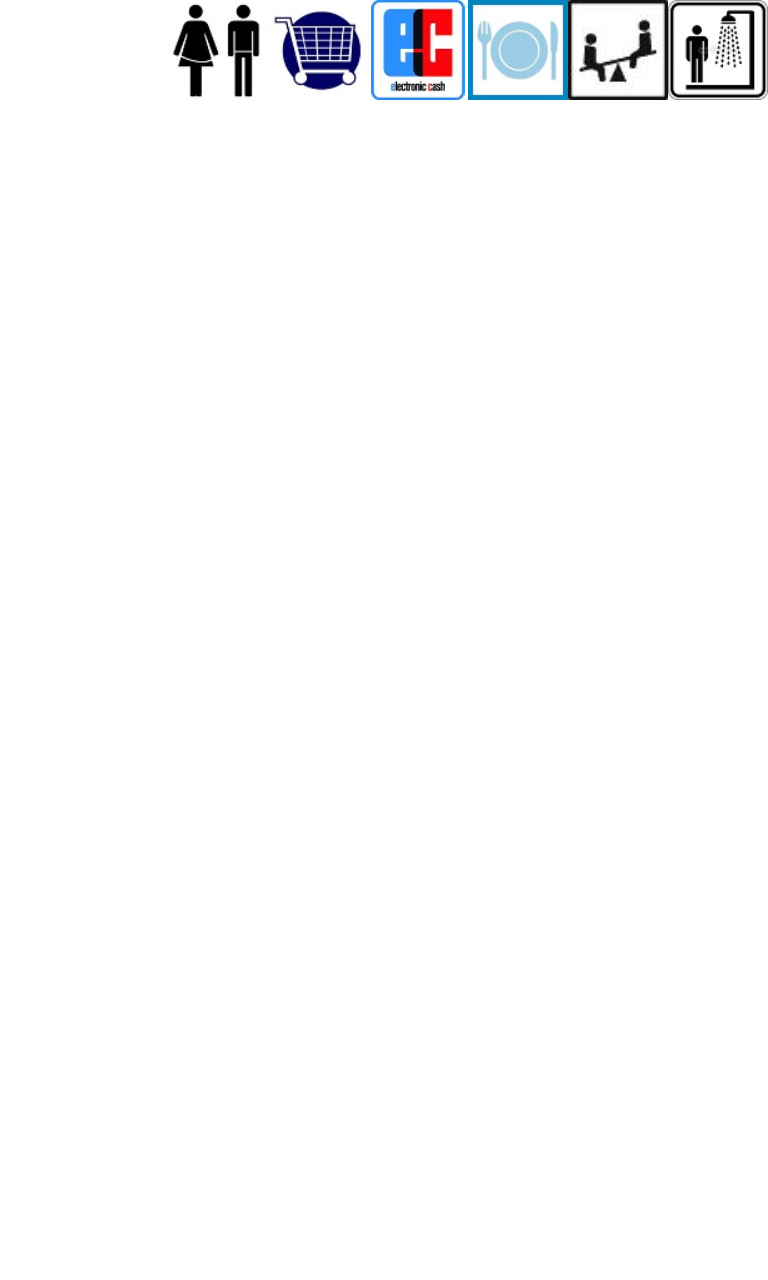
Repository: vinnare89/ASA
Layout: ASA/res/layout/list_item_layout.xml
An editor plug-in stored every save of this project. The layout is shown before and after the next save, followed by the edit.
It is drawn on a 768 x 1280 px phone screen (xhdpi) without system bars, with theme AppTheme; the app's code is not run.

Above is the layout before, as saved 2013-12-28 21:08:17.

### ASA/res/layout/list_item_layout.xml
<?xml version="1.0" encoding="utf-8"?>
<TableLayout xmlns:android="http://schemas.android.com/apk/res/android"
    android:layout_width="match_parent"
    android:layout_height="match_parent"
    android:stretchColumns="1">
    <TableRow>

        <ImageView
            android:id="@+id/img"
            android:layout_width="50dp"
            android:layout_height="50dp" />

        <TextView
            android:id="@+id/txt"
            android:layout_width="wrap_content"
            android:layout_height="50dp" />

        <ImageView
            android:id="@+id/toilette"
            android:layout_width="50dp"
            android:layout_height="50dp"
            android:src="@drawable/toilette"
            android:layout_gravity="right|center_vertical" />
        <ImageView
            android:id="@+id/shop"
            android:layout_width="50dp"
            android:layout_height="50dp"
            android:src="@drawable/shop"
            android:layout_gravity="right|center_vertical" />
        <ImageView
            android:id="@+id/ec"
            android:layout_width="50dp"
            android:layout_height="50dp"
            android:src="@drawable/ec"
            android:layout_gravity="right|center_vertical" />
        <ImageView
            android:id="@+id/imbiss"
            android:layout_width="50dp"
            android:layout_height="50dp"
            android:src="@drawable/imbiss"
            android:layout_gravity="right|center_vertical" />
        <ImageView
            android:id="@+id/spielplatz"
            android:layout_width="50dp"
            android:layout_height="50dp"
            android:src="@drawable/spielplatz"
            android:layout_gravity="right|center_vertical" />
        <ImageView
            android:id="@+id/dusche"
            android:layout_width="50dp"
            android:layout_height="50dp"
            android:src="@drawable/dusche"
            android:layout_gravity="right|center_vertical" />

    </TableRow>

</TableLayout>

### ASA/res/values/color.xml
<?xml version="1.0" encoding="utf-8"?>
<resources>
    <color name="autobahn_blau">#0041AB</color>
</resources>

Loaded but not shown: ASA/res/values/styles.xml (common file); ASA/res/values-v11/styles.xml (common file); ASA/res/values-v14/styles.xml (common file)

After the next save:
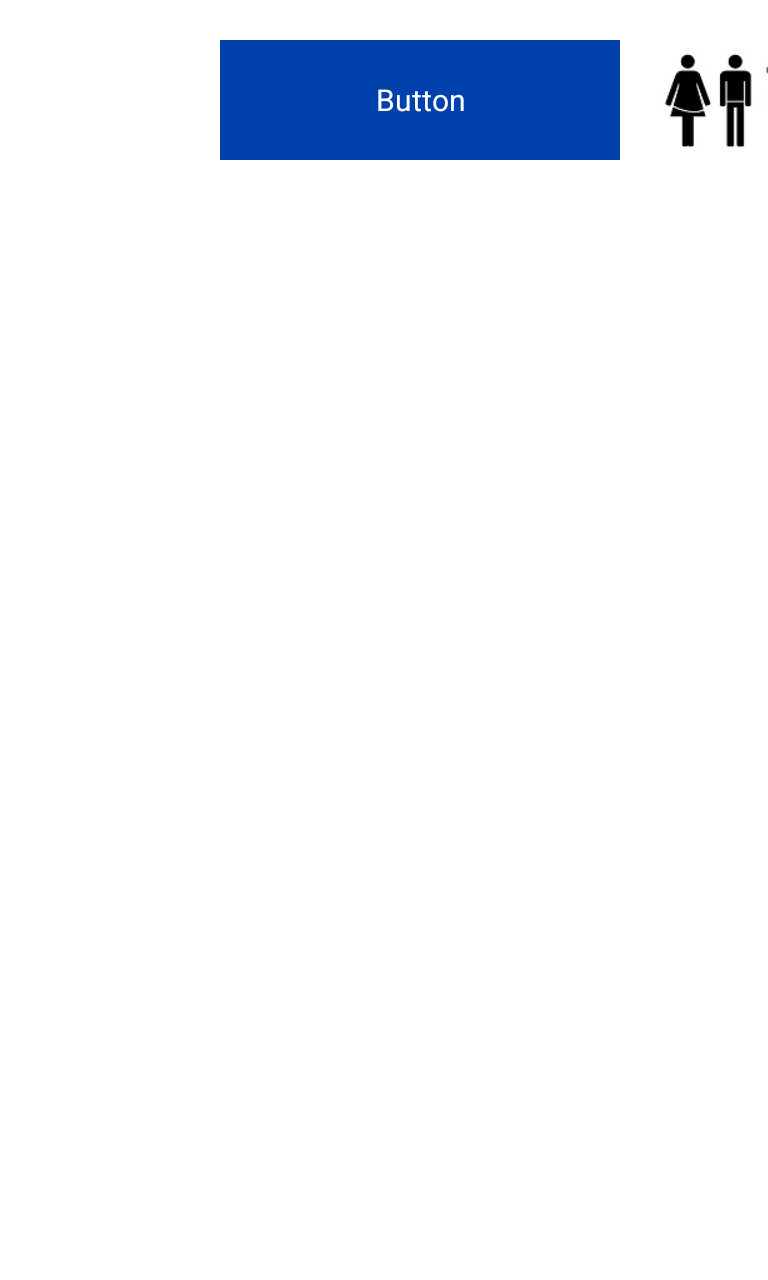
Saved 63 s later.
--- a/ASA/res/layout/list_item_layout.xml
+++ b/ASA/res/layout/list_item_layout.xml
@@ -15,6 +15,13 @@
             android:layout_width="wrap_content"
             android:layout_height="50dp" />
 
+        <Button
+                android:id="@+id/reserve"
+                style="@style/AsaControlButton"
+                android:layout_width="wrap_content"
+                android:layout_height="wrap_content"
+                android:text="Button"
+                android:layout_gravity="right|center_vertical" />
         <ImageView
             android:id="@+id/toilette"
             android:layout_width="50dp"
